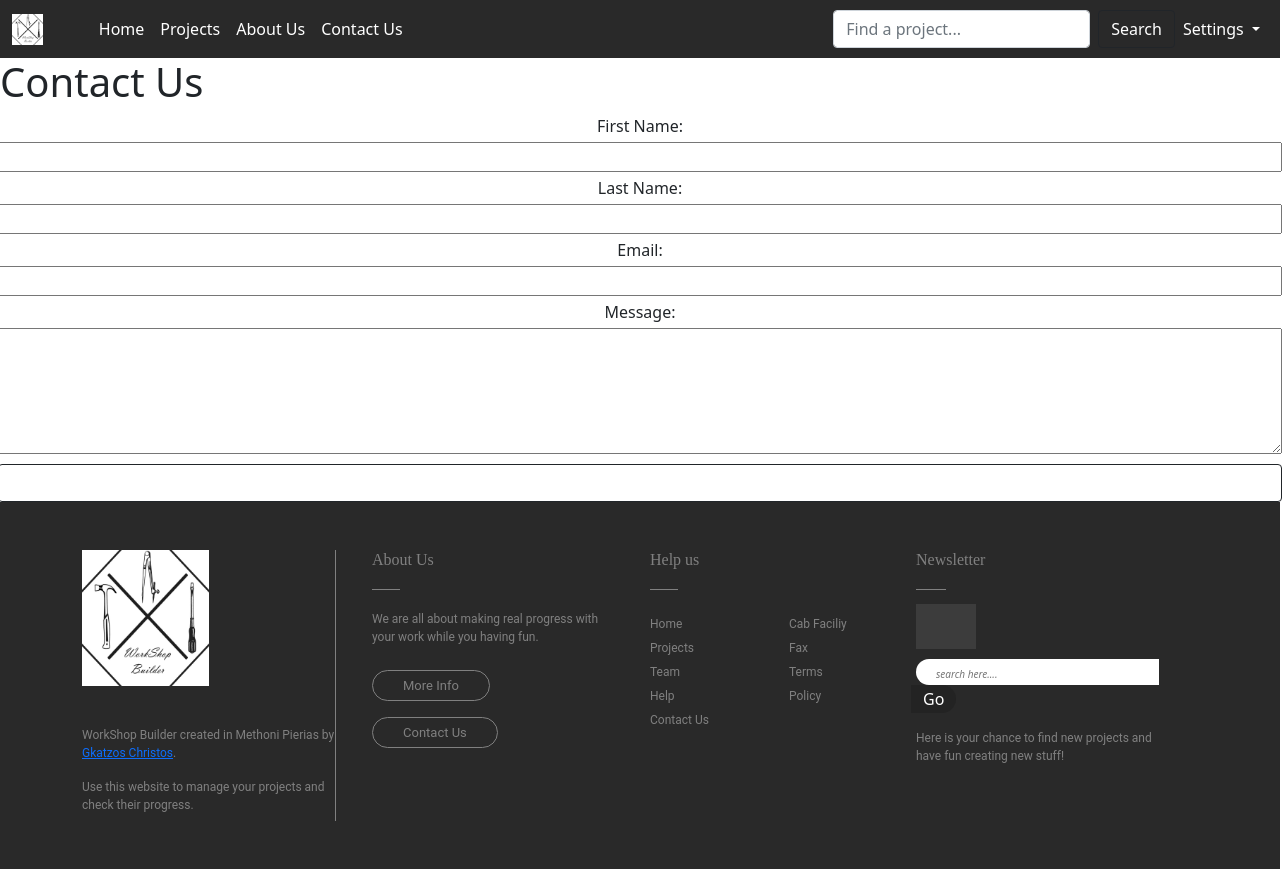
Repository: GkatzosChristos/workshop-builder-ui
Page: /contactUs (app in workshop-builder-ui/)
An editor plug-in stored every save of this project. The page is shown before and after the next save, followed by the edit.
The browser window is 1280 px wide. The page is 1282 px wide, then 1280 px, so the pictures cover 1282 px, including what lies to the right of the window. The pictures show the whole page.
The project was rebuilt for these pictures with package versions that can differ from the ones it lists, and the page was loaded fresh each time. Also part of the build but not shown: workshop-builder-ui/angular.json, workshop-builder-ui/src/app/about-us/about-us.component.ts, workshop-builder-ui/src/app/home/home.component.ts, workshop-builder-ui/src/app/project/project.component.ts.

Above is the page before, as saved 2021-08-27 18:23:39.

### workshop-builder-ui/src/index.html
<!doctype html>
<html lang="en">
<head>
  <meta charset="utf-8">
  <title>WorkshopBuilderUI</title>
  <base href="/">
  <meta name="viewport" content="width=device-width, initial-scale=1">
  <link rel="icon" type="image/x-icon" href="favicon.ico">
</head>

<body>
  <app-root></app-root>
</body>

</html>

### workshop-builder-ui/src/app/app.module.ts
import { NgModule } from '@angular/core';
import { BrowserModule } from '@angular/platform-browser';
import { FormsModule, ReactiveFormsModule } from '@angular/forms';
import { AppRoutingModule } from './app-routing.module';
import { AppComponent } from './app.component';
import { HeaderComponent } from './header/header.component';
import { FooterComponent } from './footer/footer.component';
import { ContactUsComponent } from './contact-us/contact-us.component';
import { AboutUsComponent } from './about-us/about-us.component';
import { ProjectsComponent } from './project/project.component';
import { HomeComponent } from './home/home.component';

@NgModule({
  declarations: [
    AppComponent,
    HeaderComponent,
    FooterComponent,
    ContactUsComponent,
    AboutUsComponent,
    ProjectsComponent,
    HomeComponent
  ],
  imports: [
    BrowserModule,
    AppRoutingModule,
    FormsModule,
    ReactiveFormsModule
  ],
  providers: [],
  bootstrap: [AppComponent]
})
export class AppModule { }

### workshop-builder-ui/src/app/app-routing.module.ts
import { NgModule } from '@angular/core';
import { RouterModule, Routes } from '@angular/router';
import { AboutUsComponent } from './about-us/about-us.component';
import { ContactUsComponent } from './contact-us/contact-us.component';
import { HomeComponent } from './home/home.component';
import { ProjectsComponent } from './project/project.component';

const routes: Routes = [
  {
    path: '',
    component: HomeComponent
  },
  {
    path: 'contactUs',
    component: ContactUsComponent
  },
  {
    path: 'aboutUs',
    component: AboutUsComponent
  },
  {
    path: 'project',
    component: ProjectsComponent
  },
];

@NgModule({
  imports: [RouterModule.forRoot(routes)],
  exports: [RouterModule]
})
export class AppRoutingModule { }

### workshop-builder-ui/src/app/app.component.ts
import { Component } from '@angular/core';

@Component({
  selector: 'app-root',
  templateUrl: './app.component.html',
  styleUrls: ['./app.component.scss']
})
export class AppComponent {
  title = 'workshop-builder-ui';
}

### workshop-builder-ui/src/app/contact-us/contact-us.component.ts
import { Component, OnInit } from '@angular/core';
import { FormGroup, FormControl, Validator, Validators } from '@angular/forms';

@Component({
  selector: 'app-contact-us',
  templateUrl: 'contact-us.html',
  styleUrls: ['./contact-us.scss']
})
export class ContactUsComponent implements OnInit {

  contactUsForm = new FormGroup({
    firstName: new FormControl('',[
      Validators.required,
      Validators.pattern("^[a-z0-9._%+-]")
    ]),
    lastName: new FormControl('',[
      Validators.required,
      Validators.pattern("^[a-z0-9._%+-]")
    ]),
    email: new FormControl('',[
      Validators.required,
      Validators.pattern("^[a-z0-9._%+-]+@[a-z0-9.-]+\\.[a-z]{2,4}$")
    ]),
    message: new FormControl('')
    });

  constructor() { }

  ngOnInit(): void {
  }

  submitForm(){
  }

  onReset(){
    location.reload();
  }

}

### workshop-builder-ui/src/app/header/header.component.html
<head>
    <title>header</title>
    <meta charset="utf-8">
</head>
<header>
    <nav class="navbar navbar-expand-lg">
        <div class="container-fluid">
            <a class="navbar-brand" routerLink="/">
                <img src="/assets/images/workshop_logo.jpg" alt="WorkShop Builder">
            </a>
            <div id="navbarNavDropdown" class="collapse navbar-collapse">
                <ul class="navbar-nav me-auto my-2 my-lg-0 navbar-nav-scroll" style="--bs-scroll-height: 100px;">
                    <li class="nav-item">
                        <a class="nav-link text-white" routerLink="/">Home</a>
                    </li>
                    <li class="nav-item">
                        <a class="nav-link text-white" routerLink="/project">Projects</a>
                    </li>
                    <li class="nav-item">
                        <a class="nav-link text-white" routerLink="/aboutUs">About Us</a>
                    </li>
                    <li class="nav-item">
                        <a class="nav-link text-white" routerLink="/contactUs">Contact Us</a>
                    </li>
                </ul>
                <form class="d-flex">
                    <input class="form-control me-2" type="text" placeholder="Find a project...">
                    <a class="btn btn-outline-dark text-white">Search</a>
                </form>
                <ul class="navbar-nav" style="--bs-scroll-height: 100px;">
                    <li class="nav-item dropdown">
                        <a class="nav-link dropdown-toggle text-white" href="#" id="navbarScrollingDropdown"
                            role="button" data-bs-toggle="dropdown" aria-expanded="false">
                            Settings
                        </a>
                        <ul class="dropdown-menu" aria-labelledby="navbarScrollingDropdown">
                            <li><a class="dropdown-item text-white" href="#">Sign in</a></li>
                            <li><a class="dropdown-item text-white" href="#">Sign up</a></li>
                            <li>
                                <hr class="dropdown-divider">
                            </li>
                            <li><a class="dropdown-item text-white" href="#">Report an issue</a></li>
                        </ul>
                    </li>
                </ul>
            </div>
        </div>
    </nav>
</header>

### workshop-builder-ui/src/app/header/header.component.scss
.navbar-brand {
    height: 5%;
    width: 5%;
}

img {
    height: 50%;
    width: 50%;
}

nav {
    background: #292929;
}

### workshop-builder-ui/src/app/footer/footer.component.html
<head>
    <title>Footer</title>
    <meta charset="utf-8">
</head>
<footer class="container-fluid bg-grey py-5">
    <div class="container">
        <div class="row me-3">
            <div class="col-md-6">
                <div class="row">
                    <div class="col-md-6 ">
                        <div class="logo-part">
                            <img src="/assets/images/workshop_logo.jpg" class="logo-footer">
                            <p>WorkShop Builder created in Methoni Pierias by <a
                                    href="https://www.linkedin.com/in/christos-gkatzos/">Gkatzos Christos</a>.</p>
                            <p>Use this website to manage your projects and check their progress.</p>
                        </div>
                    </div>
                    <div class="col-md-6 px-4">
                        <h6> About Us</h6>
                        <p>We are all about making real progress with your work while you having fun.</p>
                        <a routerLink="#" class="btn-footer"> More Info </a><br>
                        <a routerLink="#" class="btn-footer"> Contact Us</a>
                    </div>
                </div>
            </div>
            <div class="col-md-6">
                <div class="row">
                    <div class="col-md-6 px-4">
                        <h6> Help us</h6>
                        <div class="row ">
                            <div class="col-md-6">
                                <ul>
                                    <li> <a routerLink="/"> Home</a> </li>
                                    <li> <a routerLink="/project"> Projects</a> </li>
                                    <li> <a routerLink="#"> Team</a> </li>
                                    <li> <a routerLink="#"> Help</a> </li>
                                    <li> <a routerLink="/ContactUs"> Contact Us</a> </li>
                                </ul>
                            </div>
                            <div class="col-md-6 px-4">
                                <ul>
                                    <li> <a href="#"> Cab Faciliy</a> </li>
                                    <li> <a href="#"> Fax</a> </li>
                                    <li> <a href="#"> Terms</a> </li>
                                    <li> <a href="#"> Policy</a> </li>
                                </ul>
                            </div>
                        </div>
                    </div>
                    <div class="col-md-6 ">
                        <h6> Newsletter</h6>
                        <div class="social">
                            <a href="#"><i class="fa fa-facebook mr-1" aria-hidden="true"></i></a>
                            <a href="#"><i class="fa fa-instagram" aria-hidden="true"></i></a>
                        </div>
                        <form class="form-footer my-3">
                            <input type="text" placeholder="search here...." name="search">
                            <input type="button" value="Go">
                        </form>
                        <p>Here is your chance to find new projects and have fun creating new stuff!</p>
                    </div>
                </div>
            </div>
        </div>
    </div>
</footer>

### workshop-builder-ui/src/app/footer/footer.component.scss
body {
    font-family: 'Signika', sans-serif;
 }
 .bg-grey {
    background: #292929;
 }
 .logo-footer {
    height: 50%;
    width: 50%;
    margin-bottom: 40px;
 }
 footer {
    color: grey;
 }
 footer p, a {
    font-size: 12px;
    font-family: 'Roboto', sans-serif;
}
footer h6 {
    font-family: 'Playfair Display', serif;
    margin-bottom: 40px;
    position: relative;
}
footer h6:after {
    position: absolute;
    content: "";
    background: grey;
    width: 12%;
    height: 1px;
    left: 0;
    bottom: -20px;
}
.btn-footer {
    color: grey;
    text-decoration: none;
    border: 1px solid;
    border-radius: 43px;
    font-size: 13px;
    padding: 7px 30px;
    line-height: 47px;
 }

 .btn-footer:hover {
    text-decoration: none;
 }

.form-footer input[type="text"] {
    border: none;
    border-radius: 16px 0 0 16px;
    outline: none;
    padding-left: 10px;
}

::placeholder {
    font-size: 10px;
    padding-left: 10px;
    font-style: italic;
}

.form-footer input[type="button"] {
    border: none;
    background:#232323;
    margin-left: -5px;
    color: #fff;
    outline: none;
    border-radius: 0 16px 16px 0;
    padding: 2px 12px;
}

.social .fa {
    color: grey;
    font-size: 22px;
    padding: 10px 15px;
    background: #3c3c3c;
}

footer ul li {
    list-style: none;
    display: block;
}

footer ul  {
    padding-left: 0;
}
footer ul  li a{
    text-decoration: none;
    color: grey;
    text-decoration:none;
}

a:hover {
    text-decoration: none;
    color: #f5f5f5 !important;
}

.logo-part {
    border-right: 1px solid grey;
    height: 100%;
}

img {
    height: 20%;
    width: 20%;
}

### workshop-builder-ui/src/app/contact-us/contact-us.html
<h1 class="title has-text-centered">Contact Us</h1>
<body>
  <section>
    <form class="row g-1" [formGroup]="contactUsForm" (ngSubmit)="submitForm()">
      <label for="first-name">First Name: </label>
      <input id="first-name" type="text" formControlName="firstName">
      <label for="last-name">Last Name: </label>
      <input id="last-name" type="text" formControlName="lastName">
      <label for="email">Email: </label>
      <input id="email" type="email" formControlName="email">
      <label for="message">Message: </label>
      <textarea  id="message" rows="5" cols="40" formControlName="message"></textarea>
      <a class="btn btn-outline-dark text-white"> type="btn btn-outline-dark text-white">Submit</a>
    </form>
  </section>
</body>

### workshop-builder-ui/src/app/contact-us/contact-us.scss
body {
    text-align: center;
}
form {
    display: inline-block;
}

Loaded but not shown: workshop-builder-ui/src/styles.scss (common file); workshop-builder-ui/src/main.ts (common file); workshop-builder-ui/src/environments/environment.ts (common file); workshop-builder-ui/src/app/header/header.component.ts (common file); workshop-builder-ui/src/app/footer/footer.component.ts (common file); workshop-builder-ui/src/app/app.component.html (common file); workshop-builder-ui/src/app/app.component.scss (no stored copy; drawn as an empty file); workshop-builder-ui/src/app/project/project.scss (no stored copy; drawn as an empty file)

After the next save:
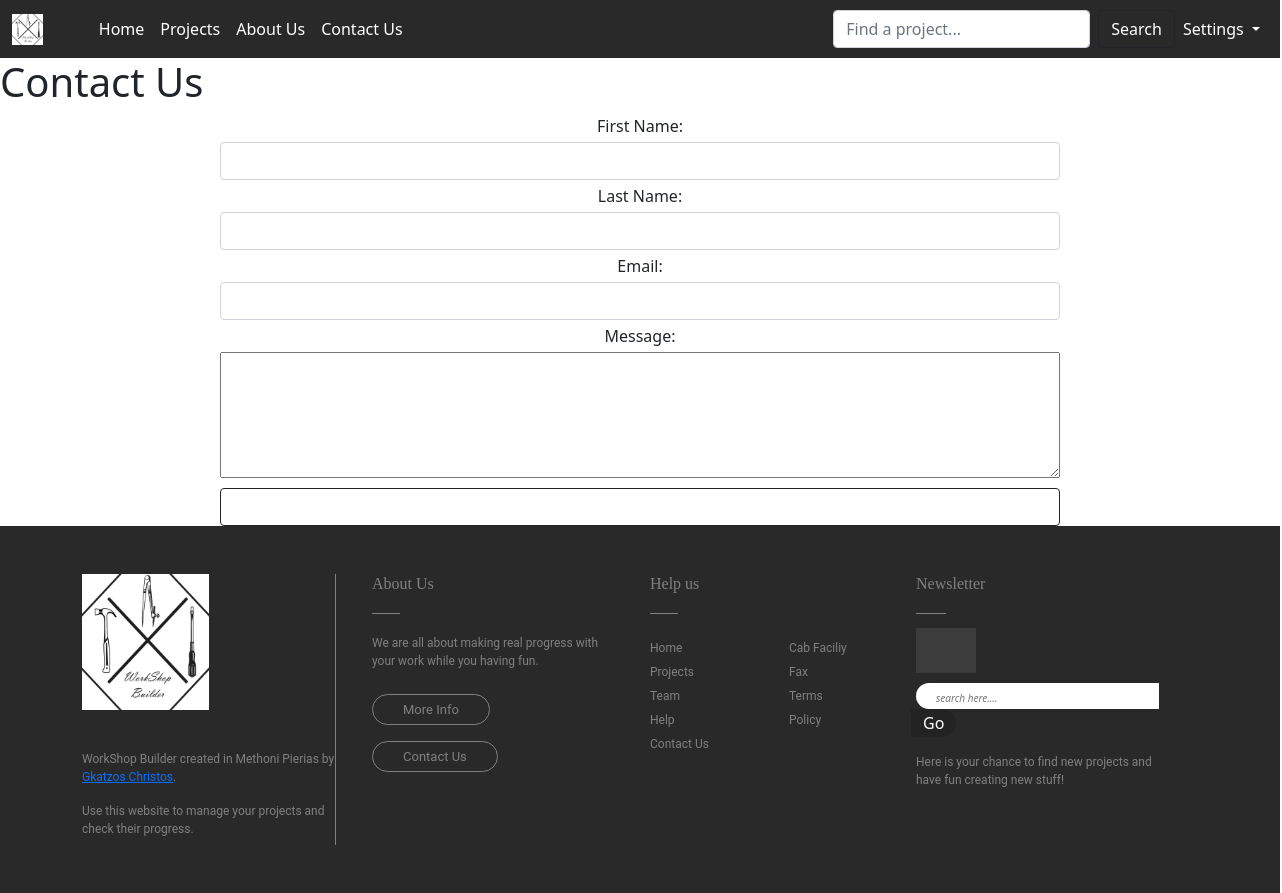
Saved 63 s later.
--- a/workshop-builder-ui/src/app/contact-us/contact-us.html
+++ b/workshop-builder-ui/src/app/contact-us/contact-us.html
@@ -3,11 +3,11 @@
   <section>
     <form class="row g-1" [formGroup]="contactUsForm" (ngSubmit)="submitForm()">
       <label for="first-name">First Name: </label>
-      <input id="first-name" type="text" formControlName="firstName">
+      <input class="form-control me-2" id="first-name" type="text" formControlName="firstName">
       <label for="last-name">Last Name: </label>
-      <input id="last-name" type="text" formControlName="lastName">
+      <input class="form-control me-2" id="last-name" type="text" formControlName="lastName">
       <label for="email">Email: </label>
-      <input id="email" type="email" formControlName="email">
+      <input class="form-control me-2" id="email" type="email" formControlName="email">
       <label for="message">Message: </label>
       <textarea  id="message" rows="5" cols="40" formControlName="message"></textarea>
       <a class="btn btn-outline-dark text-white"> type="btn btn-outline-dark text-white">Submit</a>
